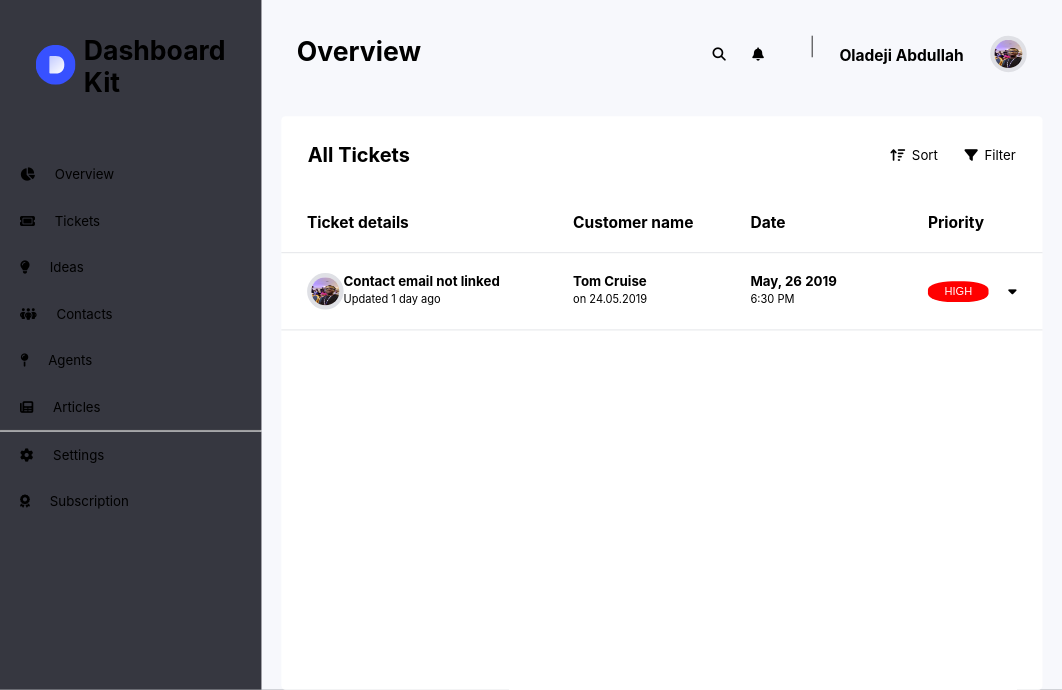
Repository: BuduCE/dashboard
Page: /
The author's editor kept a copy of each file at every save. The page is drawn from the files as they stood at one save, then again after a run of saves.
The browser window is 1280 px wide. The pictures show the whole page, at 83% of full size.
Some web libraries are served in a nearby version. The project was rebuilt for these pictures with package versions that can differ from the ones it lists, and the page was loaded fresh each time.

Above is the page before, as saved 2022-08-05 00:12:53.

After the next 2 saves:
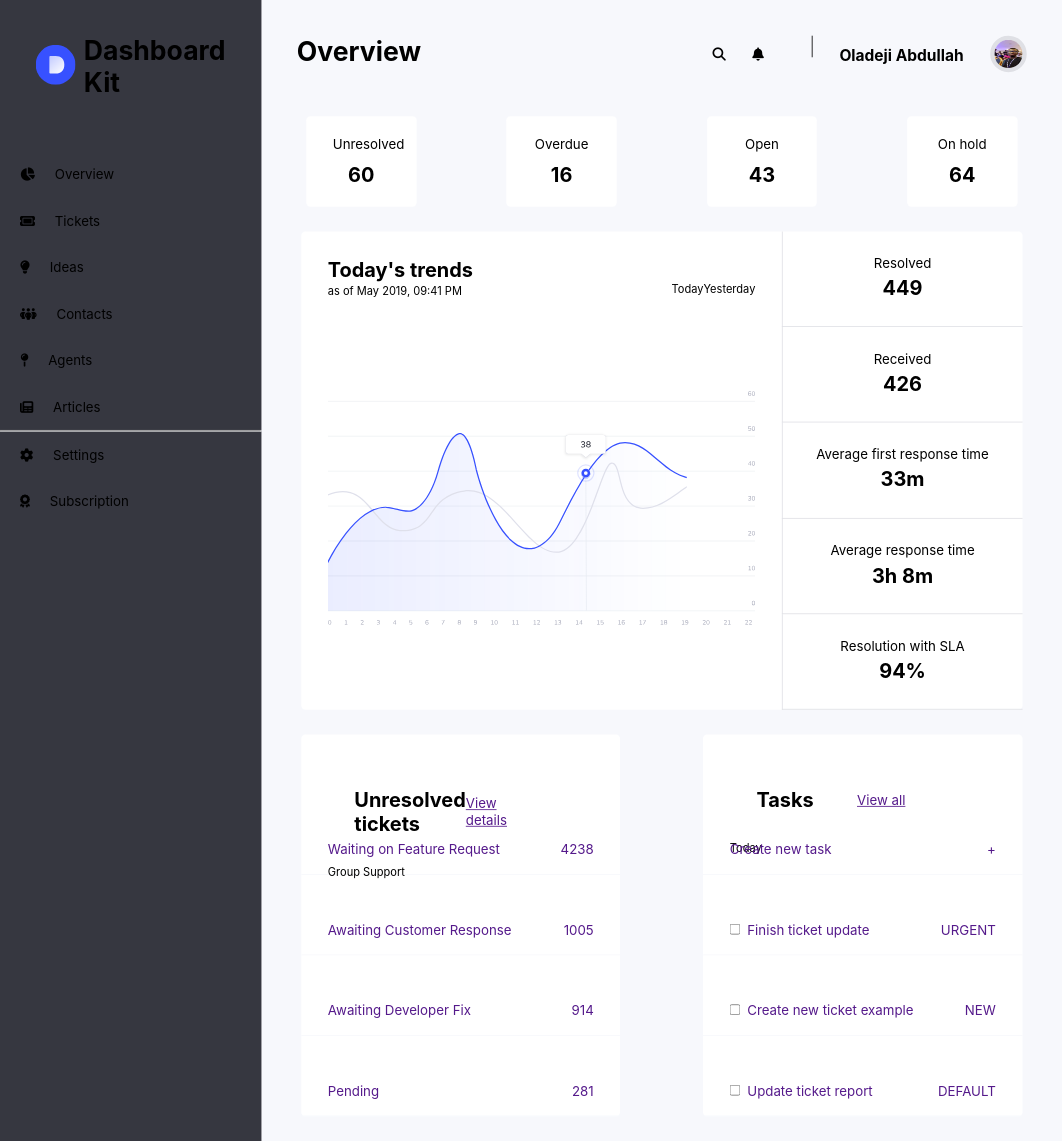
The 2 saves are shown as one change because they came seconds apart.
The last was saved 51 s later.
--- a/src/components/common/SideNav/index.jsx
+++ b/src/components/common/SideNav/index.jsx
@@ -50,8 +50,8 @@ const Sidenav = () => {
         </div>
         <div className="info">
             {/* <Header /> */}
-            {/* <Overview /> */}
-            <Tickets />
+            <Overview />
+            {/* <Tickets /> */}
         </div>
     </div>
   )
